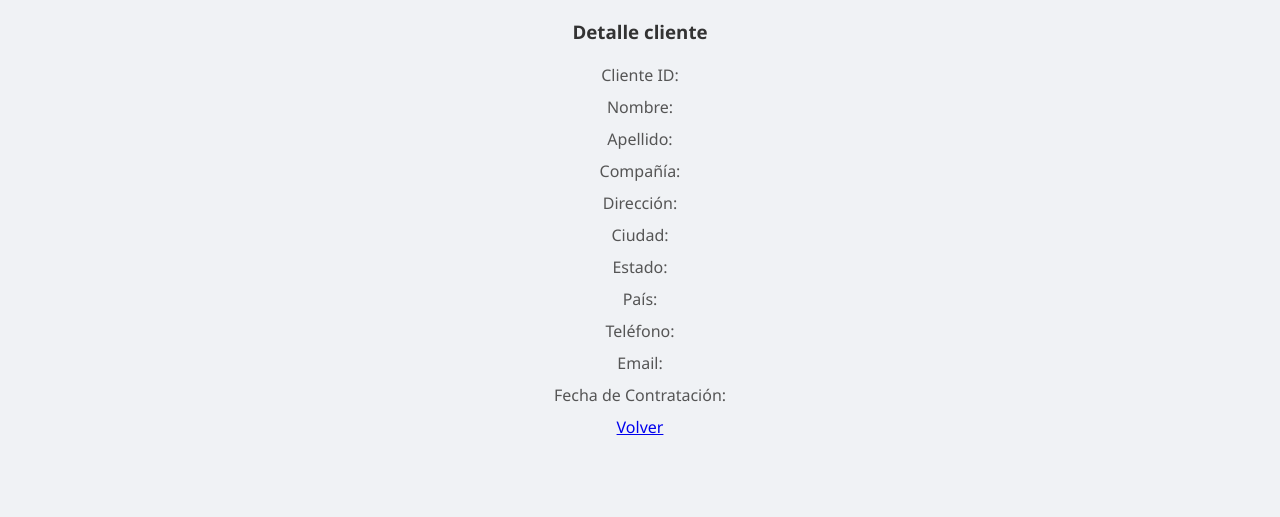
Repository: ANGELEDU141/EXAMEN-PROFE-RAUL
Page: http://localhost/demo/WEB-INF/views/Customer/detalle.jsp
These files come from the project's save history. The page is drawn as it stood at one moment and after the next save; the edit follows.
The browser window is 1280 px wide. The pictures show the whole page.
The page is served by Tomcat 9. Nobody is signed in. Other server files are loaded and not shown. The template is opened directly, without the code that normally fills it, so the values that code supplies are empty.

Above is the page before, as saved 2024-09-26 02:47:36.

### demo/src/main/webapp/WEB-INF/views/Customer/detalle.jsp
<%@ page language="java" contentType="text/html; charset=UTF-8"
    pageEncoding="UTF-8"%>
<!DOCTYPE html>
<html>
<head>
<meta charset="UTF-8">
<title>Detalle Cliente</title>

<style type="text/css">

body {
    font-family: 'Segoe UI', Tahoma, Geneva, Verdana, sans-serif;
    background-color: #f0f2f5;
    margin: 0;
    padding: 0;
}

.container {
    width: 80%;
    margin: 20px auto;
    padding: 20px;
    background-color: #fff;
    box-shadow: 0 4px 8px rgba(0, 0, 0, 0.1);
    border-radius: 10px;
}

h3 {
    color: #333;
    margin-bottom: 20px;
}

p {
    margin: 10px 0;
    font-size: 16px;
    color: #555;
}



</style>
</head>
<body>

<div style="text-align: center;">
    <h3>Detalle cliente</h3>

    <p>Cliente ID: ${customer.customerId}</p>
    <p>Nombre: ${customer.firstName}</p>
    <p>Apellido: ${customer.lastName}</p>
    <p>Compañía: ${customer.company}</p>
    <p>Dirección: ${customer.address}</p>
    <p>Ciudad: ${customer.city}</p>
    <p>Estado: ${customer.state}</p>
    <p>País: ${customer.country}</p>
    <p>Teléfono: ${customer.phone}</p>
    <p>Email: ${customer.email}</p>
    <p>Fecha de Contratación: ${customer.hireDate}</p>

    <a href="/senati/customer/listar">Volver</a>
</div>

</body>
</html>

After the next save:
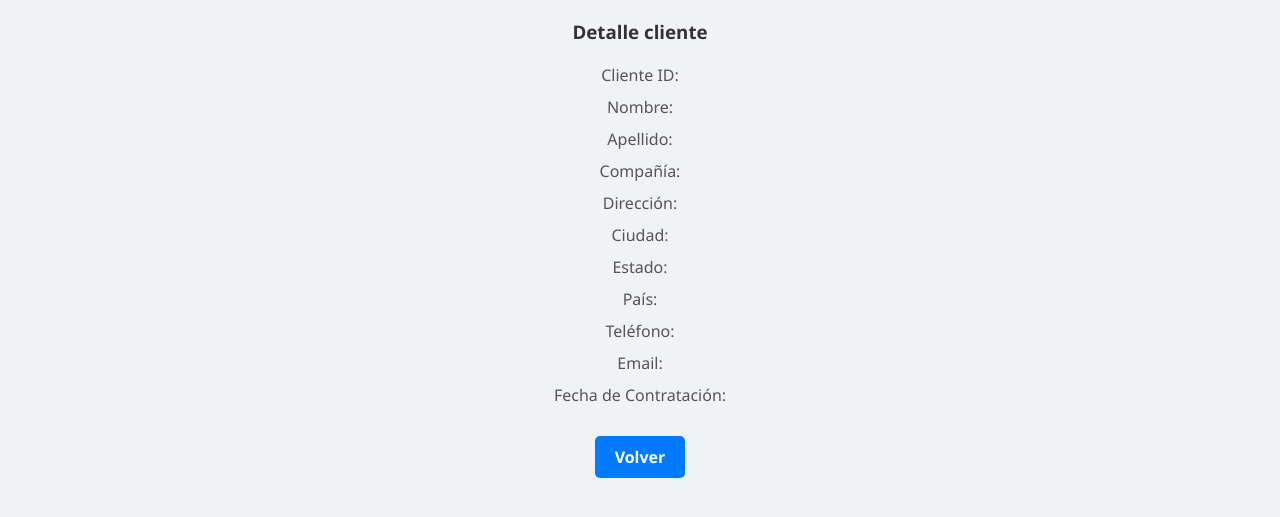
Saved 14 s later.
--- a/demo/src/main/webapp/WEB-INF/views/Customer/detalle.jsp
+++ b/demo/src/main/webapp/WEB-INF/views/Customer/detalle.jsp
@@ -7,7 +7,6 @@
 <title>Detalle Cliente</title>
 
 <style type="text/css">
-
 body {
     font-family: 'Segoe UI', Tahoma, Geneva, Verdana, sans-serif;
     background-color: #f0f2f5;
@@ -33,6 +32,19 @@ p {
     margin: 10px 0;
     font-size: 16px;
     color: #555;
+}
+
+a {
+    display: inline-block;
+    margin-top: 20px;
+    padding: 10px 20px;
+    border: none;
+    border-radius: 5px;
+    background-color: #007BFF;
+    color: white;
+    font-weight: bold;
+    text-decoration: none;
+    transition: background-color 0.3s;
 }
 
 
